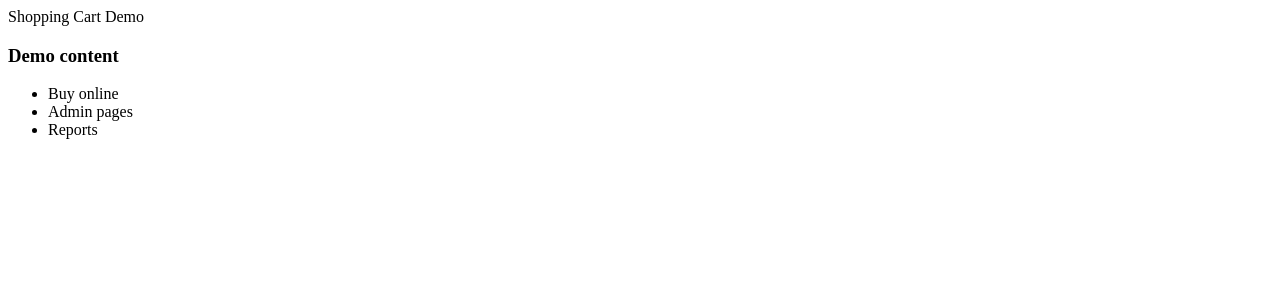
Repository: OnlyLight/Dua_Thu
Page: http://localhost/MusicStore/
An editor plug-in stored every save of this project. The page is shown before and after the next save, followed by the edit.
The browser window is 1280 px wide. The pictures show the whole page.
The page is served by Tomcat 9.

Above is the page before, as saved 2018-05-13 03:06:10.

After the next save:
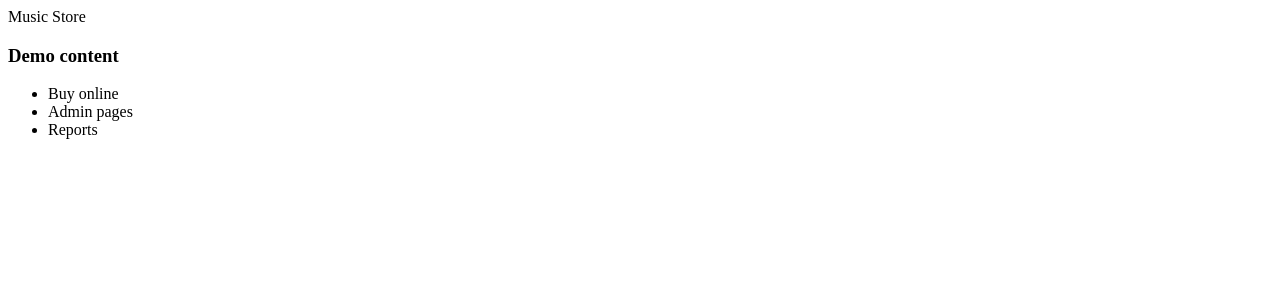
Saved 38 s later.
--- a/JavaWeb/MusicStore/src/main/webapp/WEB-INF/views/index.jsp
+++ b/JavaWeb/MusicStore/src/main/webapp/WEB-INF/views/index.jsp
@@ -8,7 +8,7 @@
 </head>
 <body>
 
-	<div class="page-title">Shopping Cart Demo</div>
+	<div>Music Store</div>
 
 	<div class="demo-container">
 		<h3>Demo content</h3>
